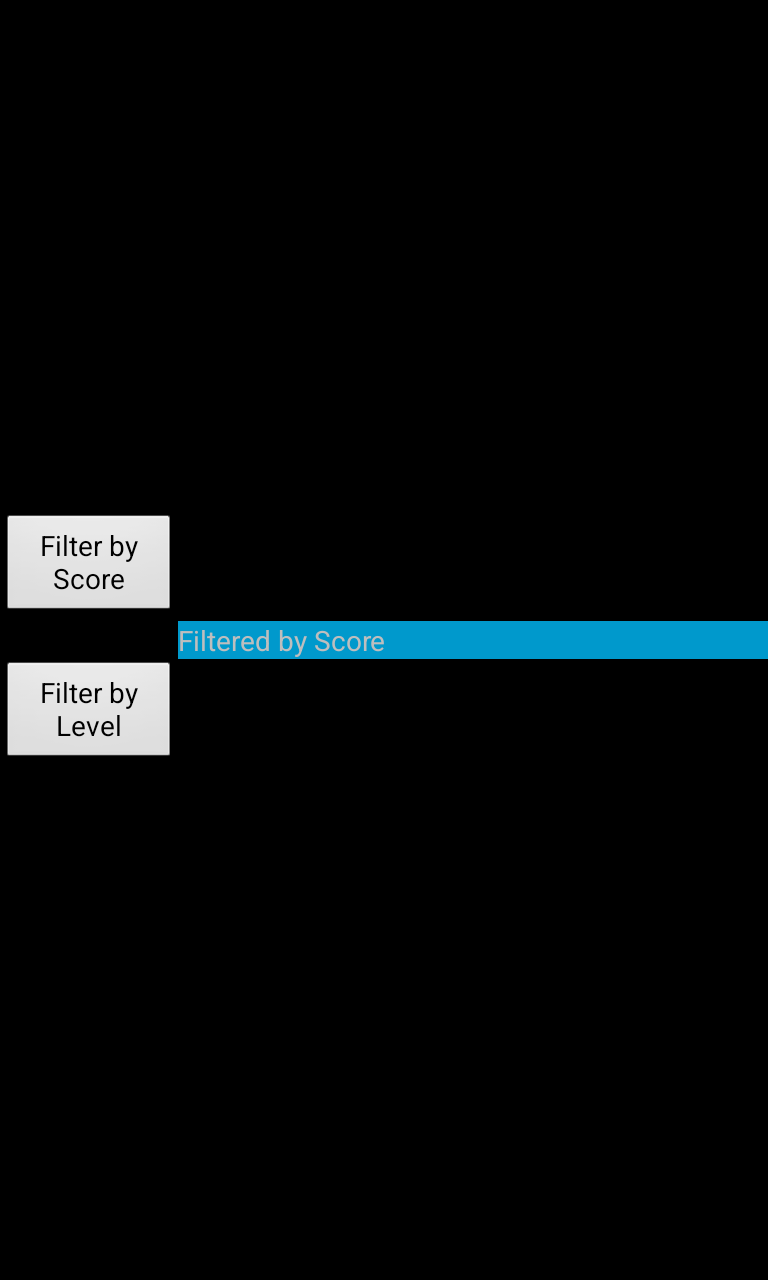
Repository: valleskeyp/IADHub
Layout: MGDGame-android/res/layout/main.xml
The author's editor kept a copy of each file at every save. The layout is drawn from the files as they stood at one save, then again after the next save.
It is drawn on a 768 x 1280 px phone screen (xhdpi) without system bars, with theme android:Theme.NoTitleBar.Fullscreen; the app's code is not run. Lists and similar views that code fills are empty.

Above is the layout before, as saved 2013-07-29 23:09:17.

After the next save:
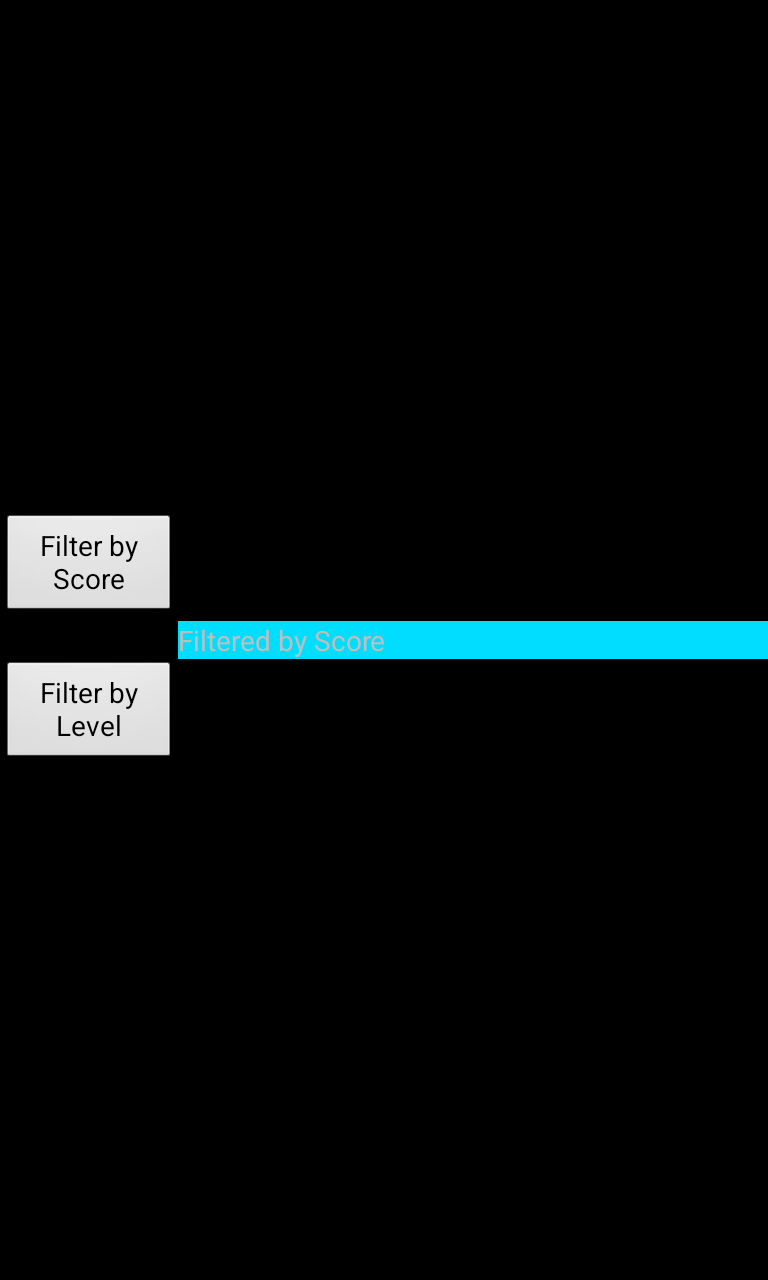
Saved 29 s later.
--- a/MGDGame-android/res/layout/main.xml
+++ b/MGDGame-android/res/layout/main.xml
@@ -35,7 +35,7 @@
 	        android:layout_width="match_parent"
 	        android:layout_height="wrap_content"
 	        android:text="Filtered by Score"
-	        android:background="@android:color/holo_blue_dark" />
+	        android:background="@android:color/holo_blue_bright" />
 
 	    <ListView
 	        android:id="@+id/list_scores"
